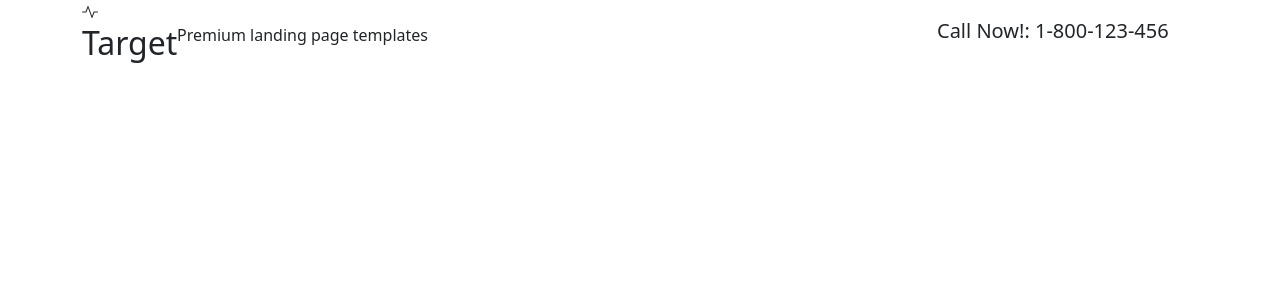
Repository: lyvandat/dh---bootstrap1
Page: index.html
The author's editor kept a copy of each file at every save. The page is drawn from the files as they stood at one save, then again after the next save.
The browser window is 1280 px wide. The pictures show the whole page.
Some web libraries are served in a nearby version.

Above is the page before, as saved 2022-10-27 15:12:49.

### index.html
<!DOCTYPE html>
<html lang="en">
  <head>
    <!-- Required meta tags -->
    <meta charset="utf-8" />
    <meta name="viewport" content="width=device-width, initial-scale=1" />

    <!-- Bootstrap CSS -->
    <link
      href="https://cdn.jsdelivr.net/npm/bootstrap@5.0.2/dist/css/bootstrap.min.css"
      rel="stylesheet"
      integrity="sha384-EVSTQN3/azprG1Anm3QDgpJLIm9Nao0Yz1ztcQTwFspd3yD65VohhpuuCOmLASjC"
      crossorigin="anonymous"
    />
    <link
      rel="stylesheet"
      href="https://cdn.jsdelivr.net/npm/bootstrap-icons@1.9.1/font/bootstrap-icons.css"
    />
    <title>Hello, world!</title>
  </head>
  <body>
    <div class="container header align-items-center">
      <div class="row">
        <div class="col-1">
          <i class="bi bi-activity"></i>
          <h2>Target</h2>
        </div>
        <div class="col-8 d-flex align-items-center">
          <div class="">Premium landing page templates</div>
        </div>
        <div class="col-3 d-flex align-items-center">
          <h3 class="fs-5">Call Now!: 1-800-123-456</h3>
        </div>
      </div>
    </div>

    <!-- Optional JavaScript; choose one of the two! -->

    <!-- Option 1: Bootstrap Bundle with Popper -->
    <script
      src="https://cdn.jsdelivr.net/npm/bootstrap@5.0.2/dist/js/bootstrap.bundle.min.js"
      integrity="sha384-MrcW6ZMFYlzcLA8Nl+NtUVF0sA7MsXsP1UyJoMp4YLEuNSfAP+JcXn/tWtIaxVXM"
      crossorigin="anonymous"
    ></script>
  </body>
</html>

After the next save:
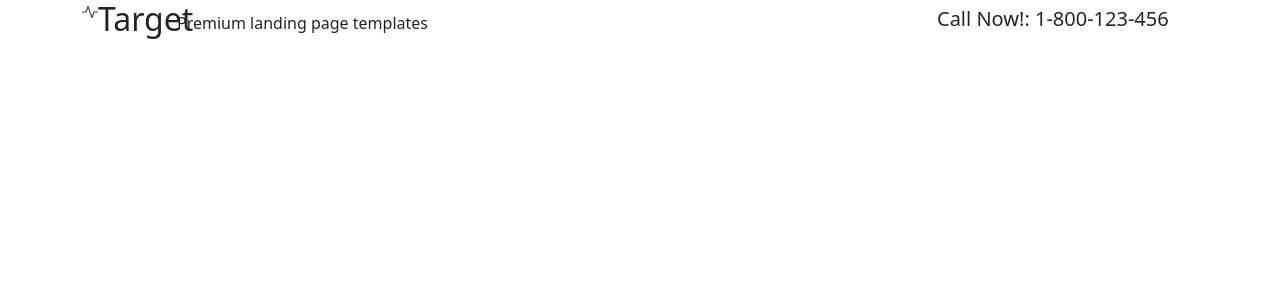
Saved 21 s later.
--- a/index.html
+++ b/index.html
@@ -21,7 +21,7 @@
   <body>
     <div class="container header align-items-center">
       <div class="row">
-        <div class="col-1">
+        <div class="col-1 d-flex">
           <i class="bi bi-activity"></i>
           <h2>Target</h2>
         </div>
